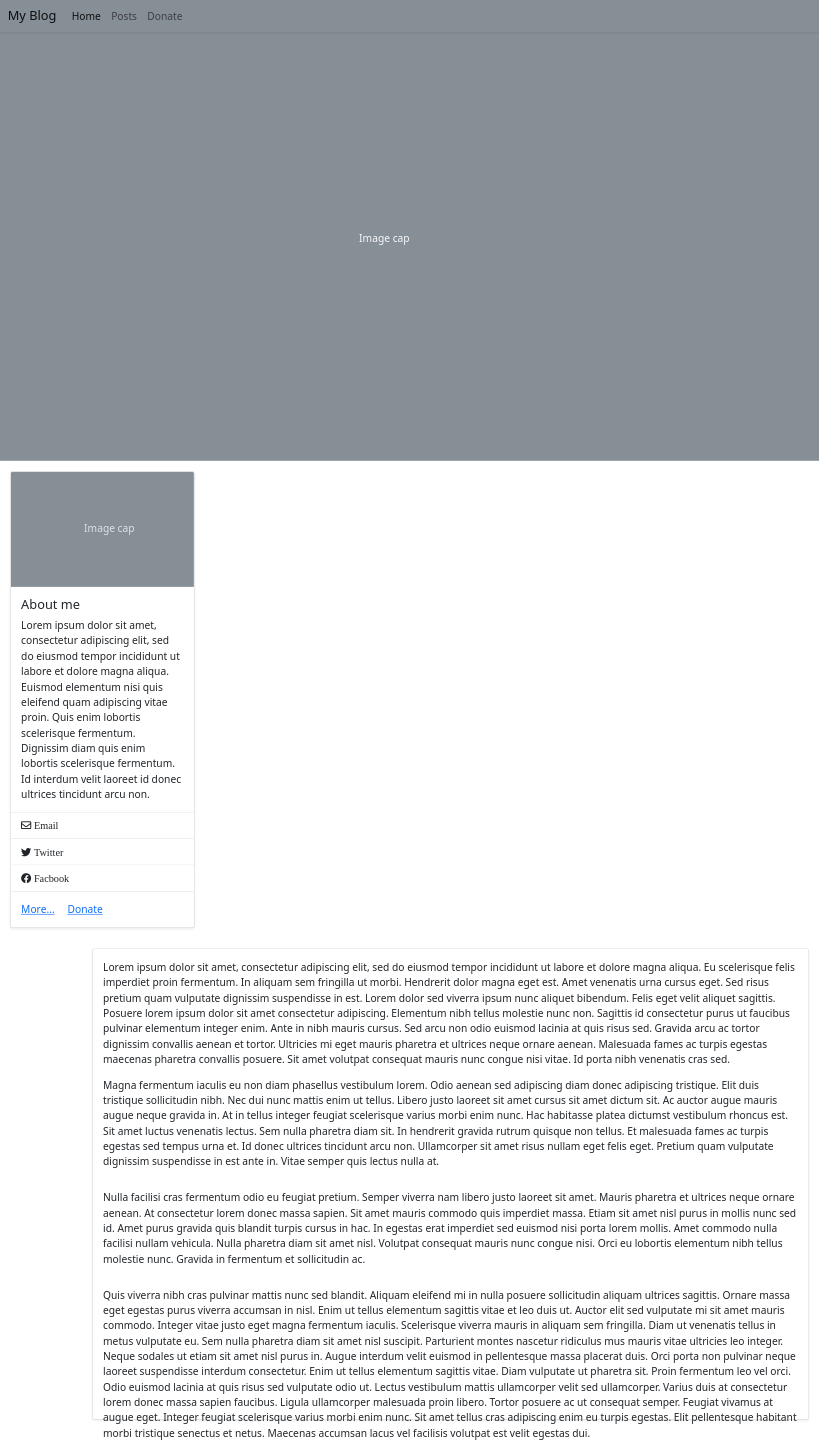
Repository: LublubXT/Azi-Tec-Team
Page: views/templates/blogs/personalblog/home.html
These files come from the project's save history. The page is drawn as it stood at one moment and after a run of saves; the edit follows.
The browser window is 1280 px wide. The pictures show the whole page, at 64% of full size.

Above is the page before, as saved 2021-03-11 09:15:50.

After the next 4 saves:
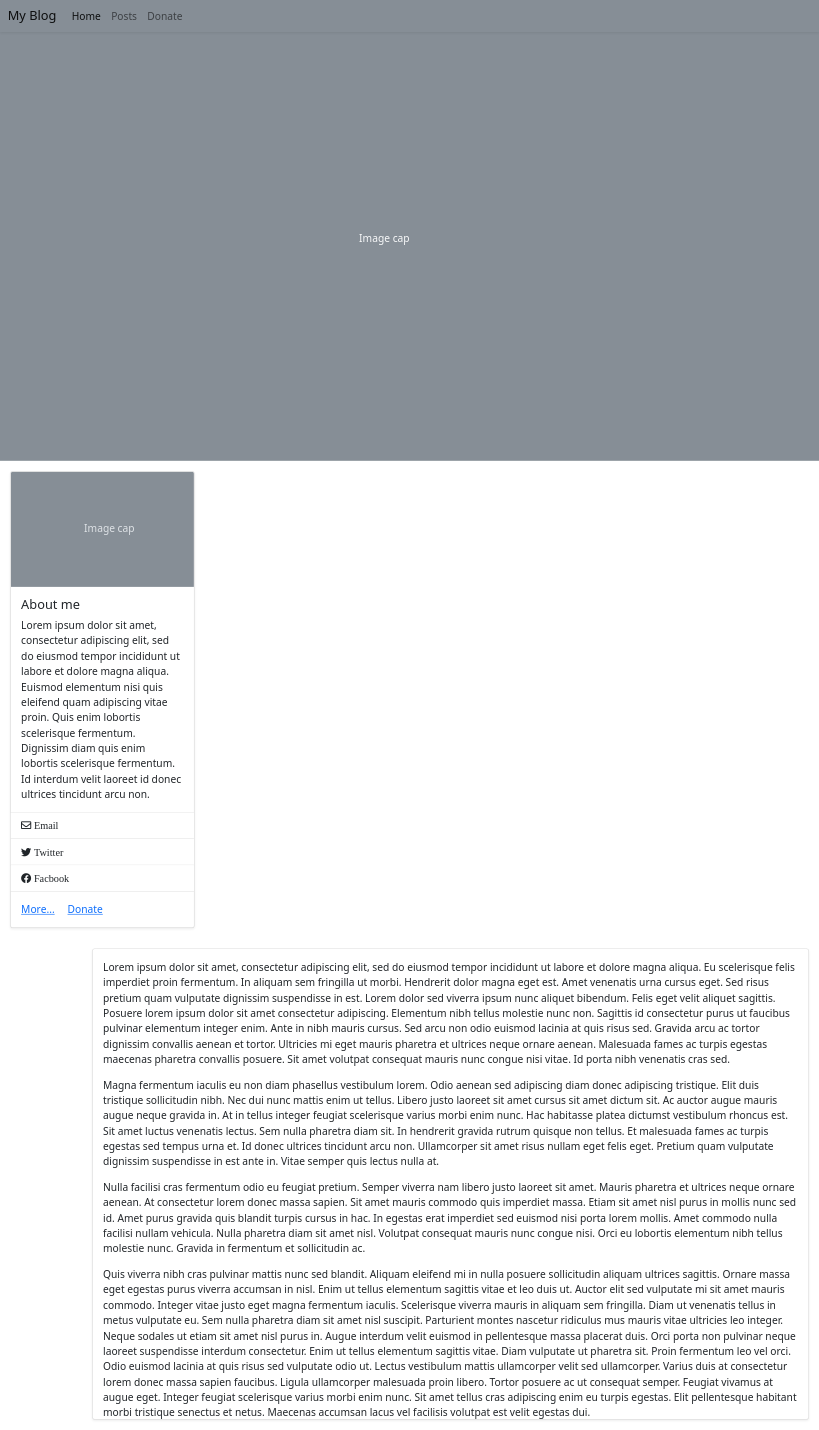
The 4 saves are shown as one change because they came seconds apart.
The last was saved 12 s later.
--- a/views/templates/blogs/personalblog/home.html
+++ b/views/templates/blogs/personalblog/home.html
@@ -103,7 +103,7 @@
                     Pretium quam vulputate
                     dignissim suspendisse in est ante in. Vitae semper quis lectus nulla at.
                 </p>
-                <p class="text-dark"></p>
+                <p class="text-dark">
                     Nulla facilisi cras fermentum odio eu feugiat pretium. Semper viverra nam libero justo laoreet sit
                     amet. Mauris pharetra
                     et ultrices neque ornare aenean. At consectetur lorem donec massa sapien. Sit amet mauris commodo
@@ -116,7 +116,7 @@
                     nunc. Gravida in
                     fermentum et sollicitudin ac.
                 </p>
-                <p class="text-dark"></p>
+                <p class="text-dark">
                     Quis viverra nibh cras pulvinar mattis nunc sed blandit. Aliquam eleifend mi in nulla posuere
                     sollicitudin aliquam
                     ultrices sagittis. Ornare massa eget egestas purus viverra accumsan in nisl. Enim ut tellus
